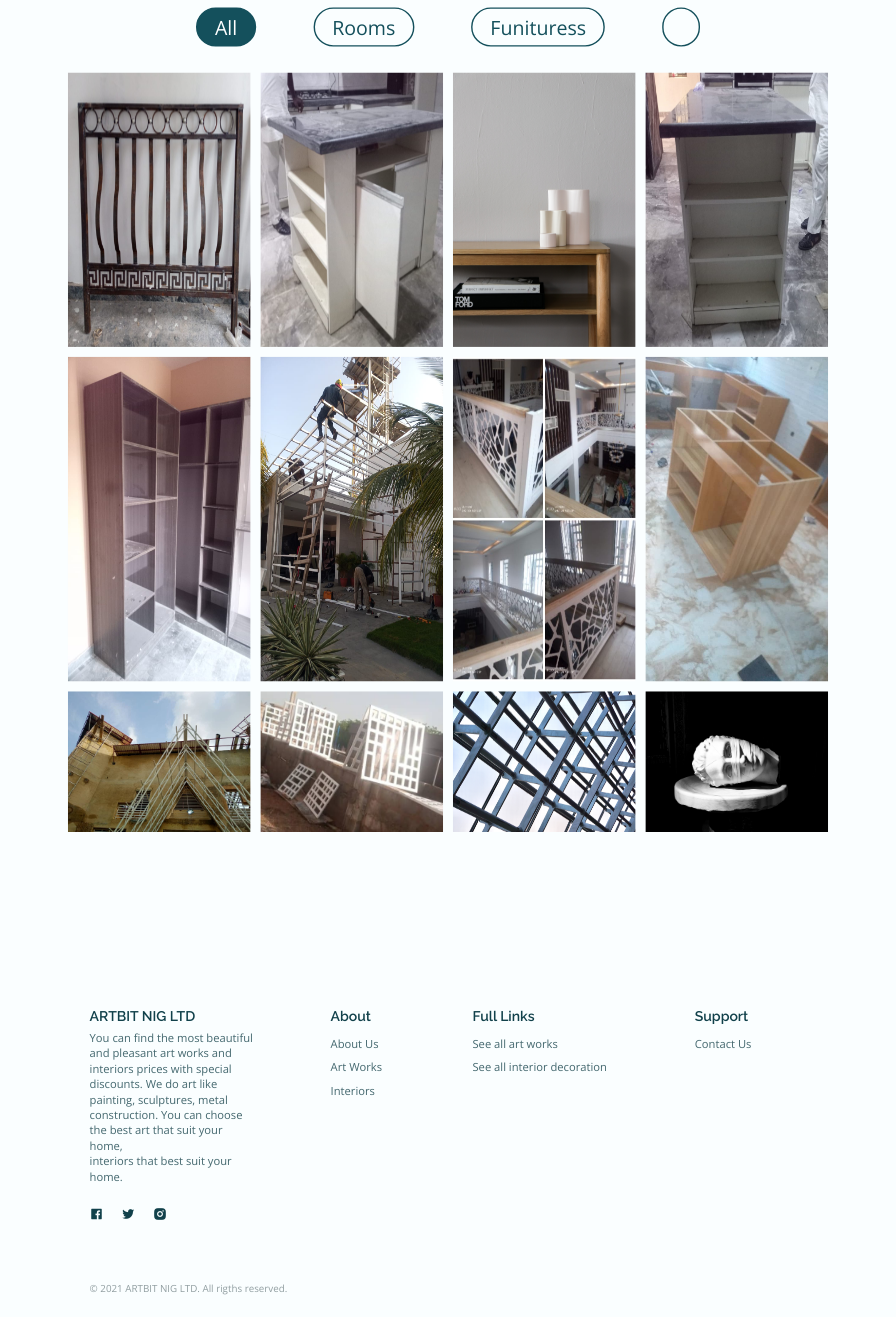
Repository: uche-hub/ARTBIT-WEB
Page: interiors.html
The author's editor kept a copy of each file at every save. The page is drawn from the files as they stood at one save, then again after a run of saves.
The browser window is 1280 px wide. The pictures show the part of the page from y = 921 to 2841 px (the page is 2803 px tall before and 2841 px after), at 70% of full size.

Above is the page before, as saved 2021-11-17 15:13:38.
Console error: TypeError: Cannot read properties of null (reading 'classList')

After the next 3 saves:
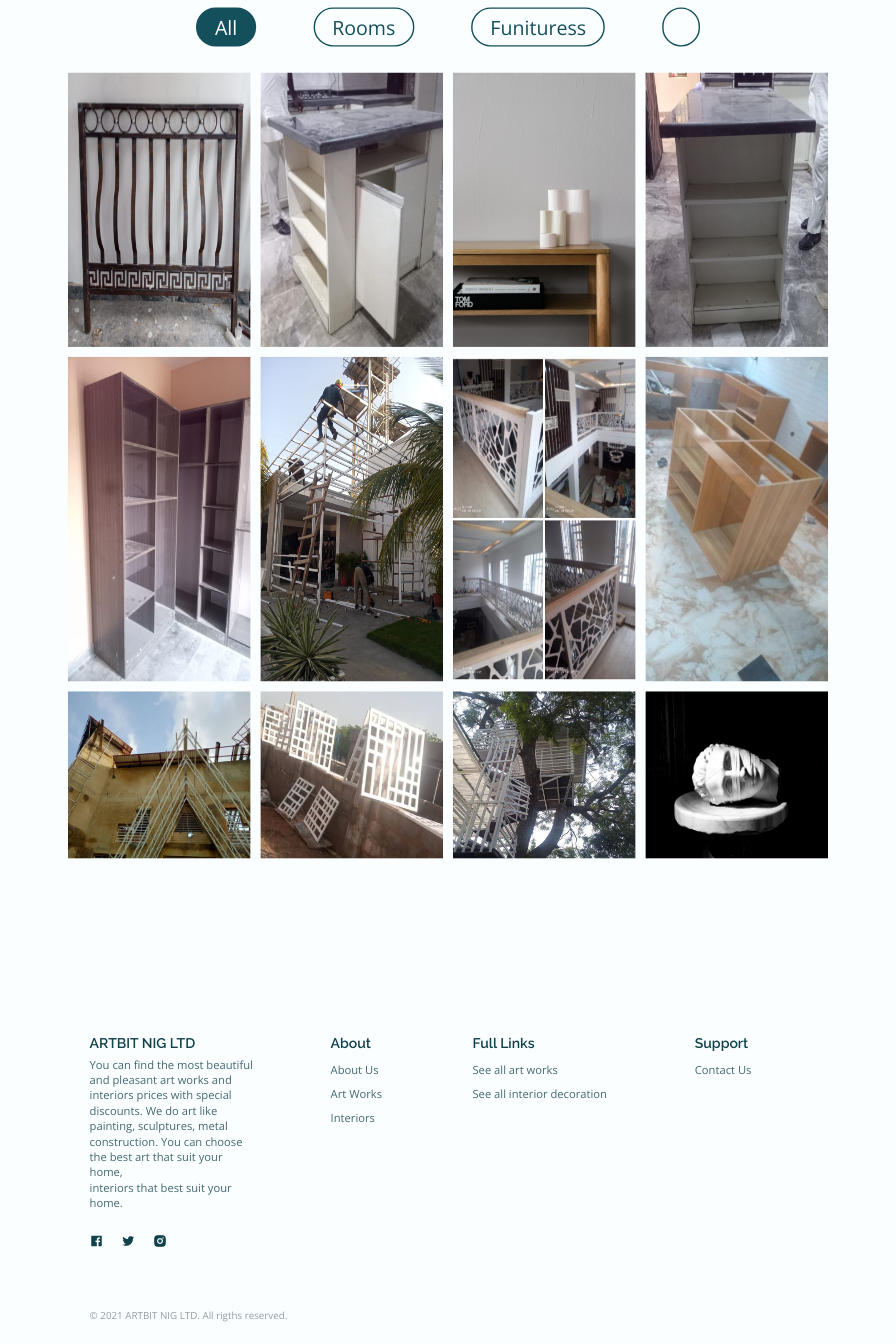
The 3 saves are shown as one change because they came seconds apart.
The last was saved 9 s later.
--- a/interiors.html
+++ b/interiors.html
@@ -111,7 +111,7 @@
                                 alt="sculptures 3"></span></div>
                     <div class="image" data-name="painting"><span><img src="/assets/img/i9.jpeg" alt="painting 4"></span>
                     </div>
-                    <div class="image" data-name="metal"><span><img src="/assets/img/m4.jpg" alt="metal 4"></span></div>
+                    <div class="image" data-name="metal"><span><img src="/assets/img/i10.jpeg" alt="metal 4"></span></div>
                     <div class="image" data-name="sculptures"><span><img src="/assets/img/s4.jpg"
                                 alt="sculptures 4"></span></div>
                 </div>
